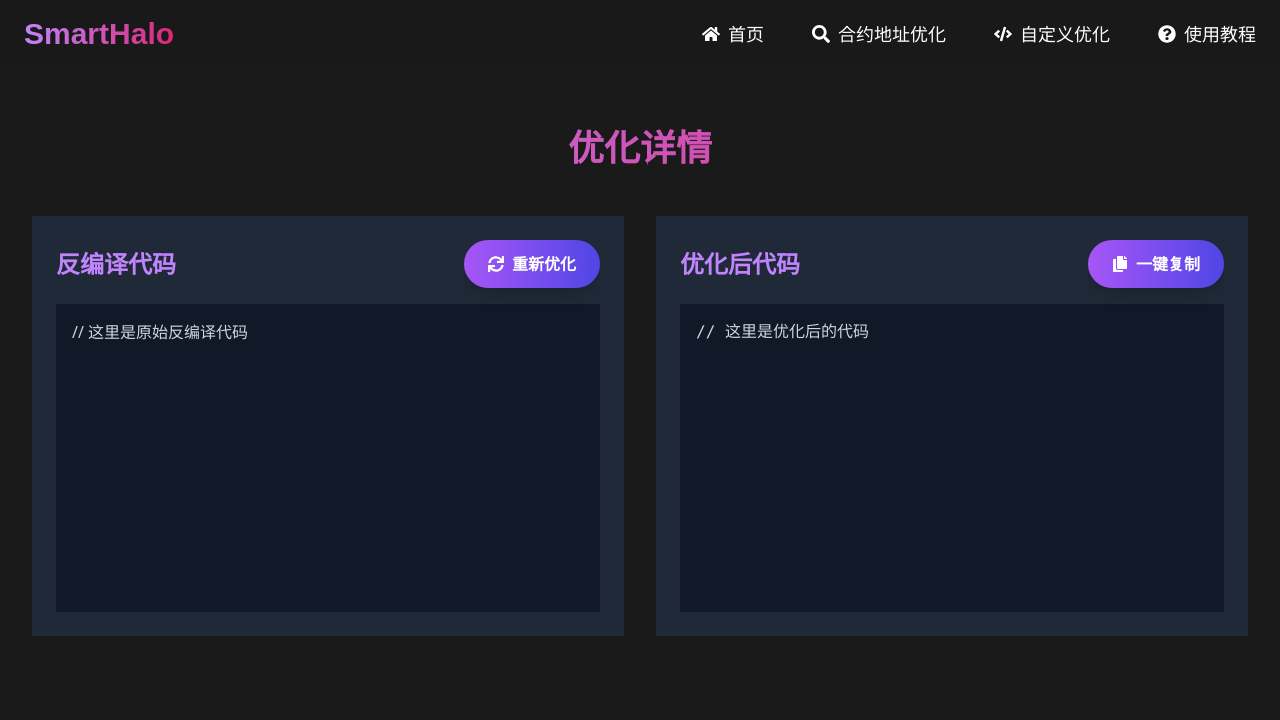
Repository: RunnerQuan/smart-halo
Page: /optimization-details
These files come from the project's save history. The page is drawn as it stood at one moment and after the next save; the edit follows.
The browser window is 1280 px wide. The pictures show the whole page.
The project was rebuilt for these pictures with package versions that can differ from the ones it lists, and the page was loaded fresh each time. The framework's server and built-in components were replaced by stand-ins that run in the browser. Also part of the build but not shown: next.config.mjs.

Above is the page before, as saved 2024-10-18 14:54:22.

After the next save:
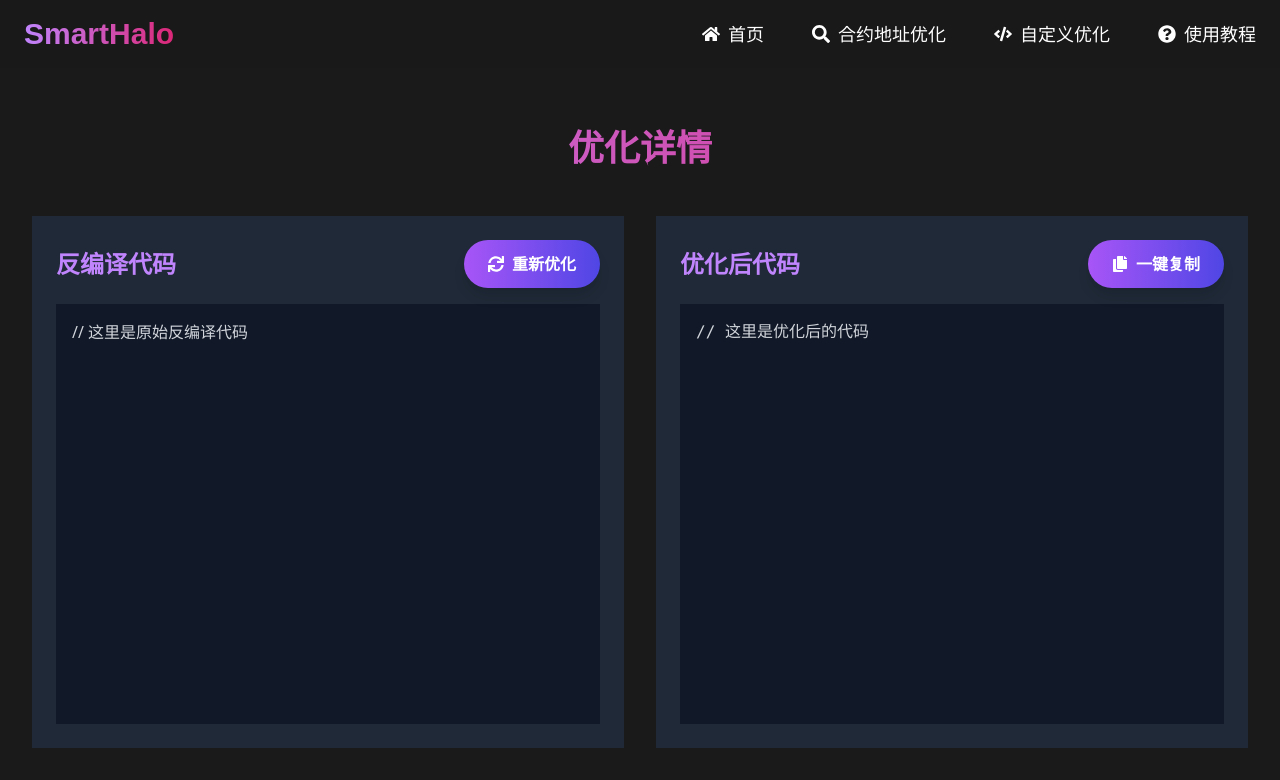
Saved 17 s later.
--- a/app/optimization-details/page.tsx
+++ b/app/optimization-details/page.tsx
@@ -149,7 +149,7 @@ export default function OptimizationDetails() {
         <div className="w-full flex flex-col md:flex-row space-y-8 md:space-y-0 md:space-x-8">
           <motion.div
             ref={leftRef}
-            className="flex-1 bg-gray-800 rounded-lg p-6 relative flex flex-col overflow-auto h-[calc(100vh-300px)]"
+            className="flex-1 bg-gray-800 rounded-lg p-6 relative flex flex-col overflow-auto"
             initial={{ opacity: 0, x: -50 }}
             animate={{ opacity: 1, x: 0 }}
             transition={{ duration: 0.5, delay: 0.2 }}
@@ -170,7 +170,7 @@ export default function OptimizationDetails() {
 
           <motion.div
             ref={rightRef}
-            className="flex-1 bg-gray-800 rounded-lg p-6 relative flex flex-col overflow-auto h-[calc(100vh-300px)]"
+            className="flex-1 bg-gray-800 rounded-lg p-6 relative flex flex-col overflow-auto"
             initial={{ opacity: 0, x: 50 }}
             animate={{ opacity: 1, x: 0 }}
             transition={{ duration: 0.5, delay: 0.4 }}
